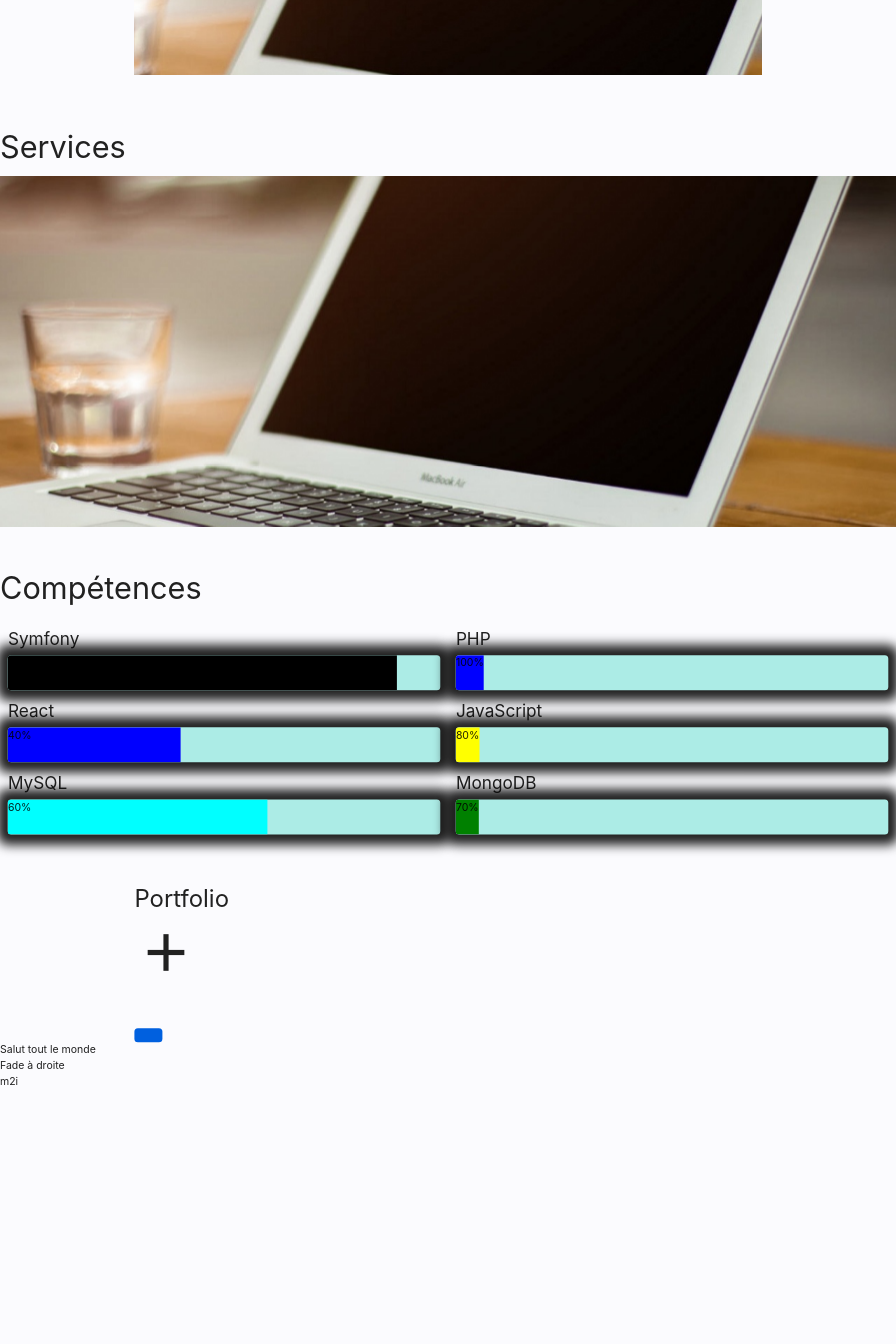
Repository: duncanidaho14/mavitrine
Page: index.html
These files come from the project's save history. The page is drawn as it stood at one moment and after a run of saves; the edit follows.
The browser window is 1280 px wide. The pictures show the part of the page from y = 1130 to 3050 px (the page is 4178 px tall), at 70% of full size.

Above is the page before, as saved 2021-06-15 19:31:47.

After the next 3 saves:
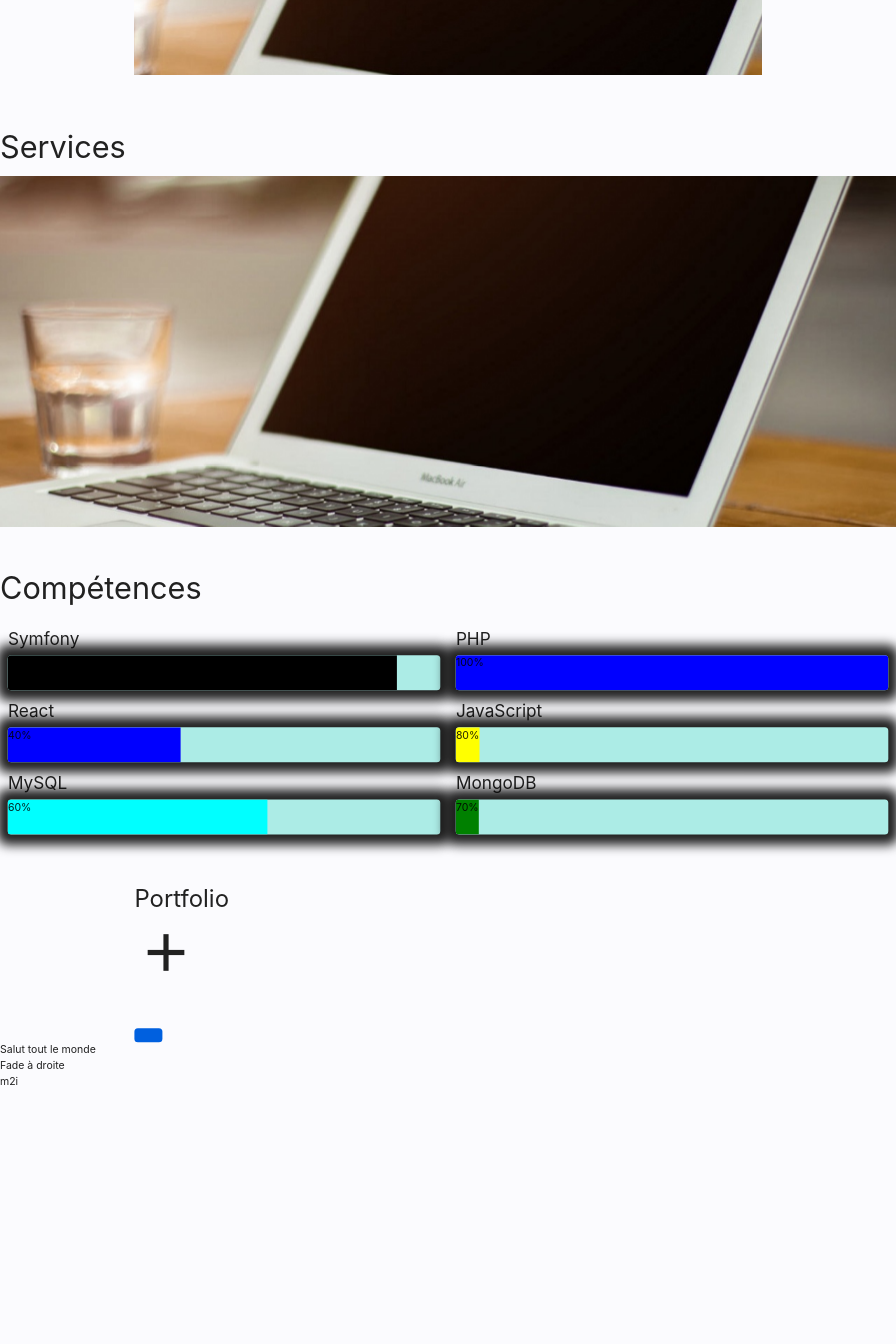
The 3 saves are shown as one change because they came seconds apart.
The last was saved 9 s later.
--- a/assets/js/index.js
+++ b/assets/js/index.js
@@ -25,6 +25,7 @@
         symfony.style.width = symfony.getAttribute('data-done') + '%';
         react.style.width = react.getAttribute('data-done') + '%';
         mysql.style.width = mysql.getAttribute('data-done') + '%';
+        php.style.width = php.getAttribute('data-done') + '%';
         symfony.style.width = symfony.getAttribute('data-done') + '%';
         symfony.style.width = symfony.getAttribute('data-done') + '%';
 
